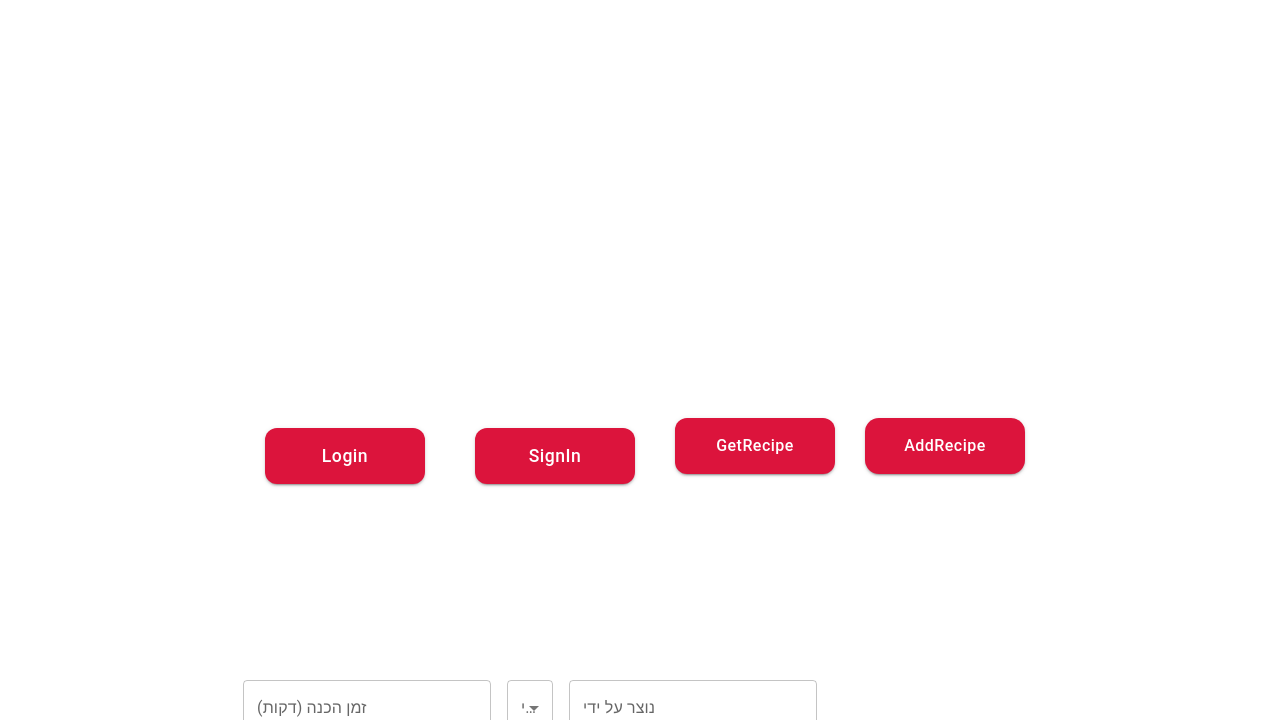
Repository: saraAber/Recipes_ReactProject
Page: /GetRecipes
An editor plug-in stored every save of this project. The page is shown before and after the next save, followed by the edit.
The browser window is 1280 px wide. The pictures show the whole page.
The page's requests for data from a server got no answer. The project was rebuilt for these pictures with package versions that can differ from the ones it lists, and the page was loaded fresh each time. No one was signed in, and anything a server would have sent is missing. Also part of the build but not shown: vite.config.ts, src/components/Login.tsx, src/components/SignIn.tsx, src/components/userContext.tsx, src/components/CategoriesContext.tsx, src/components/addRecipe.tsx, src/components/EditRecipe.tsx.

Above is the page before, as saved 2025-05-06 15:20:20.

After the next save:
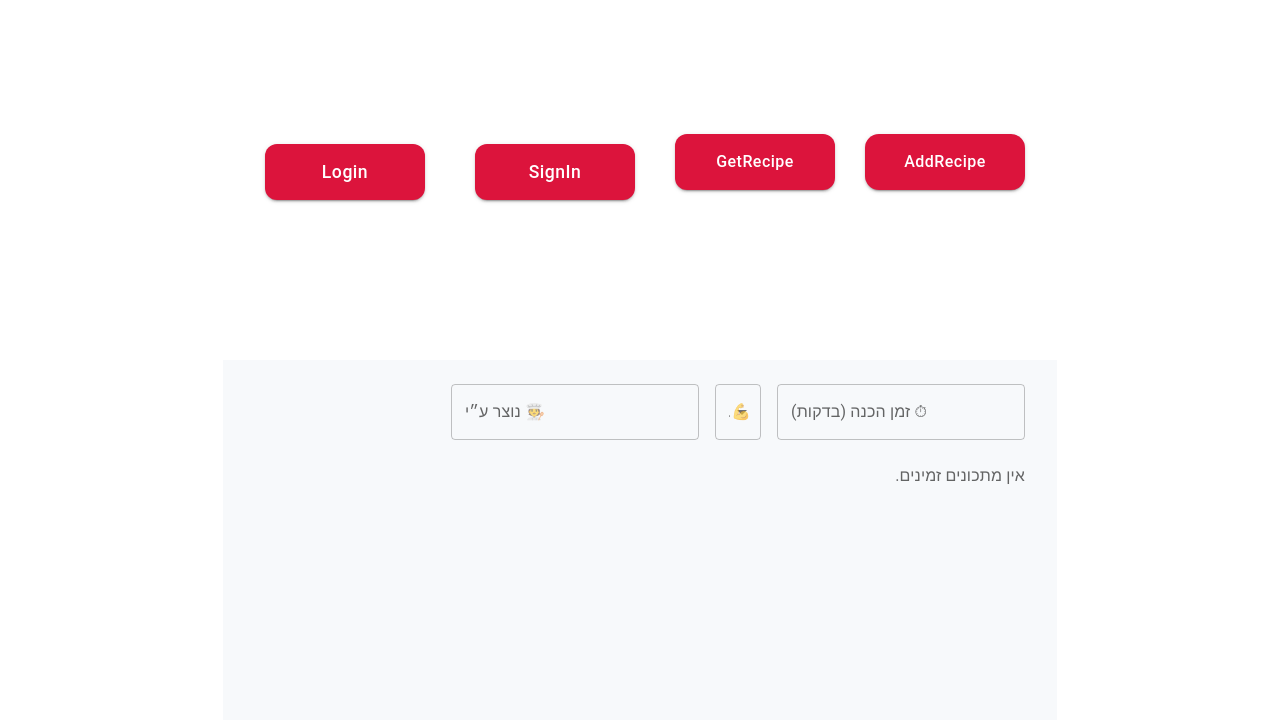
Saved 111 s later.
--- a/src/components/GetRecipes.tsx
+++ b/src/components/GetRecipes.tsx
@@ -1,7 +1,7 @@
 import { useContext, useEffect, useMemo, useState } from 'react';
 import axios from 'axios';
 import {
-  CircularProgress, Card, CardContent, Typography, Grid, Button, TextField, MenuItem
+  CircularProgress, Card, CardContent, Typography, Grid, Button, TextField, MenuItem, Box, Stack
 } from '@mui/material';
 import { useNavigate } from 'react-router-dom';
 import { userContext } from './userContext';
@@ -70,28 +70,30 @@ const GetRecipes = () => {
   }, [recipes, filters]);
 
   return (
-    <div style={{ padding: 20 }}>
+    <Box dir="rtl" sx={{ px: 4, py: 3, backgroundColor: '#f7f9fb', minHeight: '100vh' }}>
       {loading ? (
         <CircularProgress />
       ) : (
         <>
-          <Grid container spacing={2} sx={{ my: 2 }}>
+          <Grid container spacing={2} sx={{ mb: 3 }}>
             <Grid item xs={12} sm={3}>
               <TextField
                 type="number"
-                label="זמן הכנה (דקות)"
+                label="⏱ זמן הכנה (בדקות)"
                 value={filters.duration}
                 onChange={e => updateFilter('duration', e.target.value ? Number(e.target.value) : '')}
                 fullWidth
+                variant="outlined"
               />
             </Grid>
             <Grid item xs={12} sm={3}>
               <TextField
                 select
-                label="רמת קושי"
+                label="💪 רמת קושי"
                 value={filters.difficulty}
                 onChange={e => updateFilter('difficulty', e.target.value)}
                 fullWidth
+                variant="outlined"
               >
                 <MenuItem value="">כל הרמות</MenuItem>
                 <MenuItem value="קל">קל</MenuItem>
@@ -102,69 +104,85 @@ const GetRecipes = () => {
             <Grid item xs={12} sm={3}>
               <TextField
                 type="number"
-                label="נוצר על ידי"
+                label="🧑‍🍳 נוצר ע״י"
                 value={filters.userId}
                 onChange={e => updateFilter('userId', e.target.value ? Number(e.target.value) : '')}
                 fullWidth
+                variant="outlined"
               />
             </Grid>
           </Grid>
 
-          <Grid container spacing={3}>
+          <Grid container spacing={3} alignItems="stretch">
             {filteredRecipes.length ? (
               filteredRecipes.map(recipe => (
                 <Grid item xs={12} sm={6} md={4} key={recipe.Id}>
-                  <Card sx={{ m: 2, textAlign: 'right' }}>
+                  <Card sx={{
+                    height: '100%',
+                    display: 'flex',
+                    flexDirection: 'column',
+                    justifyContent: 'space-between',
+                    borderRadius: '20px',
+                    boxShadow: '0 4px 12px rgba(0, 0, 0, 0.1)',
+                    backgroundColor: '#fff',
+                    p: 2
+                  }}>
                     <CardContent>
-                      <Grid container justifyContent="space-between" alignItems="center">
-                        <Button onClick={() => handleDelete(recipe.Id, recipe.UserId)} color="error">
+                      <Stack direction="row" justifyContent="flex-end" spacing={1} sx={{ mb: 2 }}>
+                        <Button onClick={() => handleDelete(recipe.Id, recipe.UserId)} sx={{ color: '#e53935' }}>
                           <DeleteIcon />
                         </Button>
-                        <Button onClick={() => handleEdit(recipe.Id, recipe.UserId)} color="primary">
+                        <Button onClick={() => handleEdit(recipe.Id, recipe.UserId)} sx={{ color: '#00838f' }}>
                           <EditIcon />
                         </Button>
-                        <Button onClick={() => console.log("Liked recipe")} color="success">
+                        <Button onClick={() => console.log("Liked recipe")} sx={{ color: '#fbc02d' }}>
                           <ThumbUpIcon />
                         </Button>
-                      </Grid>
+                      </Stack>
 
-                      <Typography variant="h5" gutterBottom>{recipe.Name}</Typography>
-                      <Typography variant="body2" paragraph>{recipe.Description}</Typography>
-                      <Typography variant="body2">רמת קושי - {recipe.Difficulty}</Typography>
-                      <Typography variant="body2">זמן הכנה - {recipe.Duration} דקות</Typography>
-                      <Typography variant="body2">סוג - {recipe.CategoryId}</Typography>
-                      <img src={recipe.Img} alt={recipe.Name} style={{ width: '100%', height: 'auto' }} />
+                      <Typography variant="h5" fontWeight={700} color="#2e7d32" gutterBottom>{recipe.Name}</Typography>
+                      <Typography variant="body2" color="text.secondary" gutterBottom>{recipe.Description}</Typography>
 
-                      <Typography variant="h6" mt={2}>מרכיבים</Typography>
+                      <Typography variant="body2">רמת קושי: {recipe.Difficulty}</Typography>
+                      <Typography variant="body2">⏲ זמן הכנה: {recipe.Duration} דקות</Typography>
+                      <Typography variant="body2" gutterBottom>קטגוריה: {recipe.CategoryId}</Typography>
+
+                      <Box mt={2} mb={2}>
+                        <img src={recipe.Img} alt={recipe.Name} style={{ width: '100%', borderRadius: '12px' }} />
+                      </Box>
+
+                      <Typography variant="h6" color="primary">🛒 מרכיבים</Typography>
                       {recipe.Ingridents?.length ? (
                         recipe.Ingridents.map(ing => (
-                          <Typography key={`${recipe.Id}-${ing.Name}`}>
+                          <Typography key={`${recipe.Id}-${ing.Name}`} variant="body2">
                             {ing.Name} - {ing.Count} {ing.Type}
                           </Typography>
                         ))
                       ) : (
-                        <Typography variant="body2">אין מרכיבים זמינים</Typography>
+                        <Typography variant="body2" color="text.secondary">אין מרכיבים זמינים</Typography>
                       )}
 
-                      <Typography variant="h6" mt={2}>הוראות הכנה</Typography>
+                      <Typography variant="h6" color="primary" mt={2}>📋 הוראות הכנה</Typography>
                       {recipe.Instructions?.length ? (
                         recipe.Instructions.map((step, idx) => (
                           <Typography key={idx} variant="body2">{step.Name}</Typography>
                         ))
                       ) : (
-                        <Typography variant="body2">אין הוראות הכנה זמינות</Typography>
+                        <Typography variant="body2" color="text.secondary">אין הוראות הכנה זמינות</Typography>
                       )}
                     </CardContent>
                   </Card>
                 </Grid>
               ))
             ) : (
-              <Typography variant="body1" textAlign="center">אין מתכונים זמינים.</Typography>
+              <Typography variant="body1" textAlign="center" color="text.secondary">
+                אין מתכונים זמינים.
+              </Typography>
             )}
           </Grid>
         </>
       )}
-    </div>
+    </Box>
   );
 };
 
